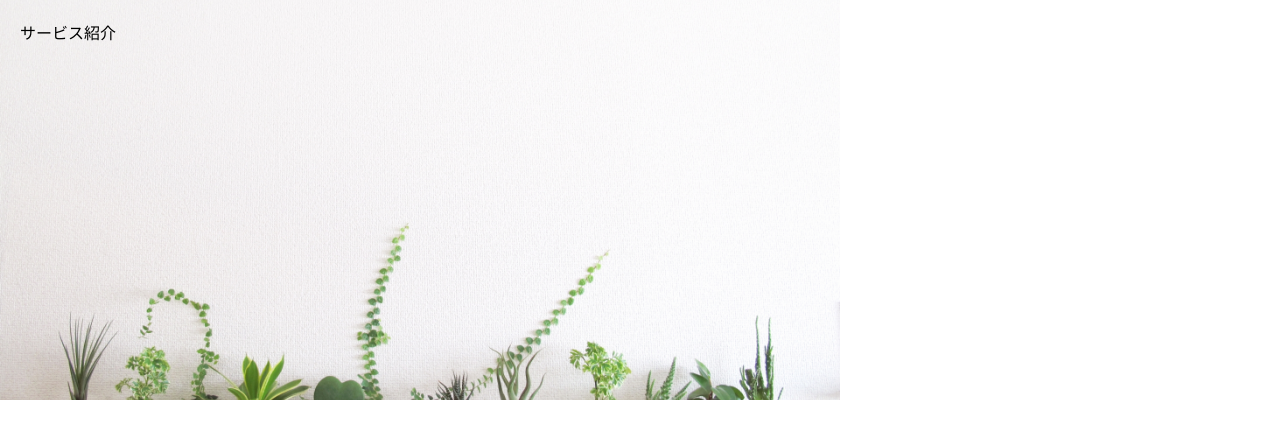
Repository: alamsamiha/html_css
Page: chapter7_exercise/ch7.html
The author's editor kept a record of every edit. The page is drawn from the files as they stood at one moment, then again after the next edit.
The browser window is 1280 px wide. The pictures show the whole page.

Above is the page before.

After the next edit:
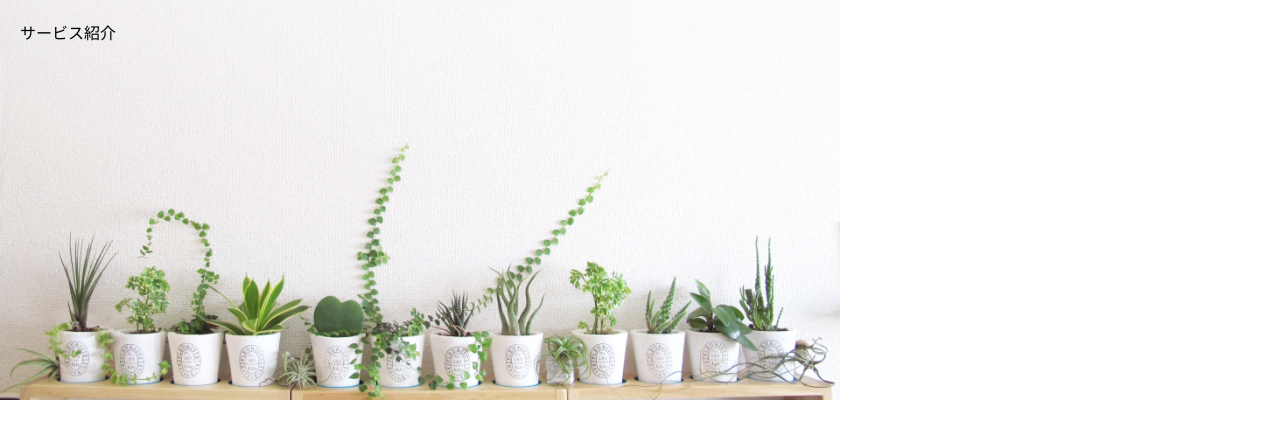
The edit:
--- a/chapter7_exercise/ch7.css
+++ b/chapter7_exercise/ch7.css
@@ -9,7 +9,7 @@
   height: 400px;
   background-image: url(img/mv.jpg);
   background-size: cover; /* 縦横比を維持したまま背景領域を埋め尽くす */
-  background-position: center; /* 背景画像を中央に配置 */
+  background-position: bottom; /* 背景画像を中央に配置 */
 }
 
 .main-visual-content{
